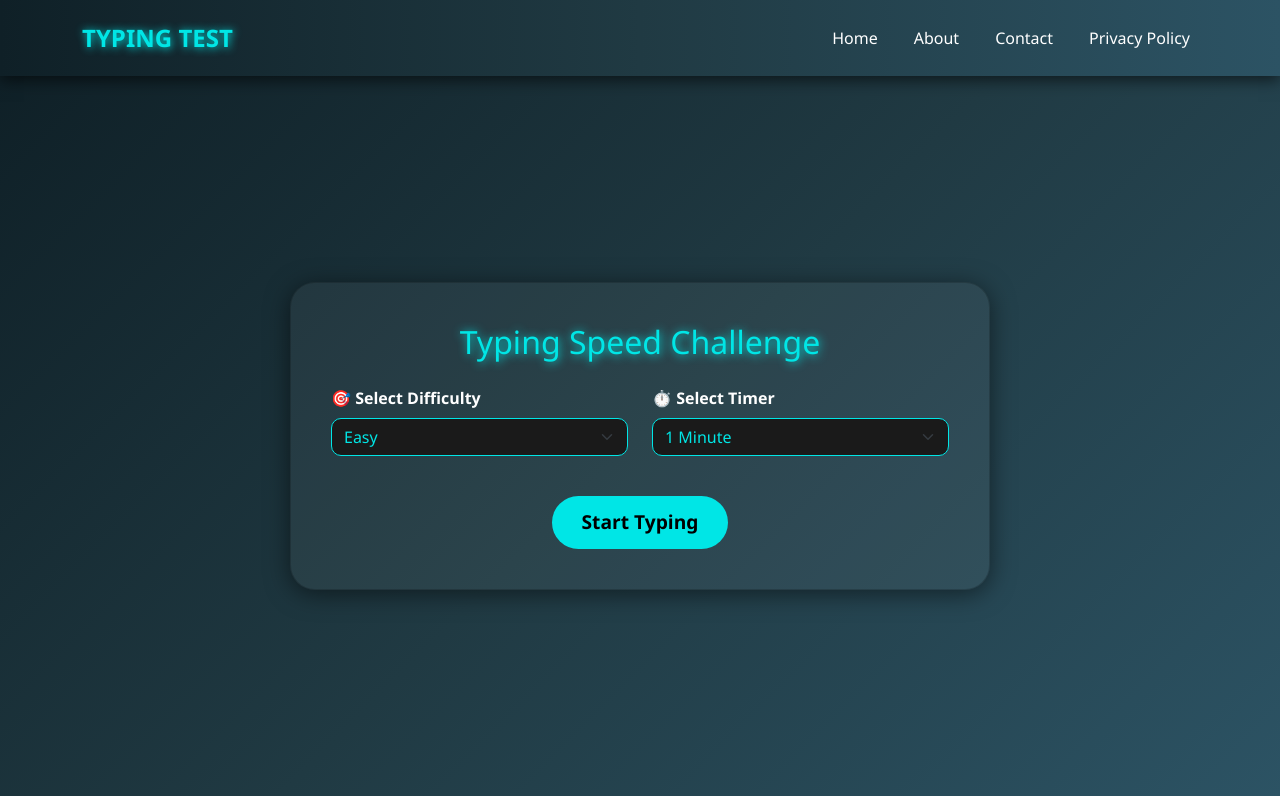
Repository: SHAHZADcodr/typing-test-react
Page: /
These files come from the project's save history. The page is drawn as it stood at one moment and after the next save; the edit follows.
The browser window is 1280 px wide. The pictures show the whole page.
The project was rebuilt for these pictures with package versions that can differ from the ones it lists, and the page was loaded fresh each time. Also part of the build but not shown: src/customCss/About.css, src/pages/About.jsx, src/customCss/Contact.css, src/pages/Contact.jsx, src/customCss/Game.css, src/pages/Game.jsx, src/customCss/GameOver.css, src/pages/GameOver.jsx and 2 more. Imported but missing from the stored project, and not drawn on this page: src/assets/background.mp3, src/assets/pop.mp3.

Above is the page before, as saved 2025-04-14 17:17:20.

After the next save:
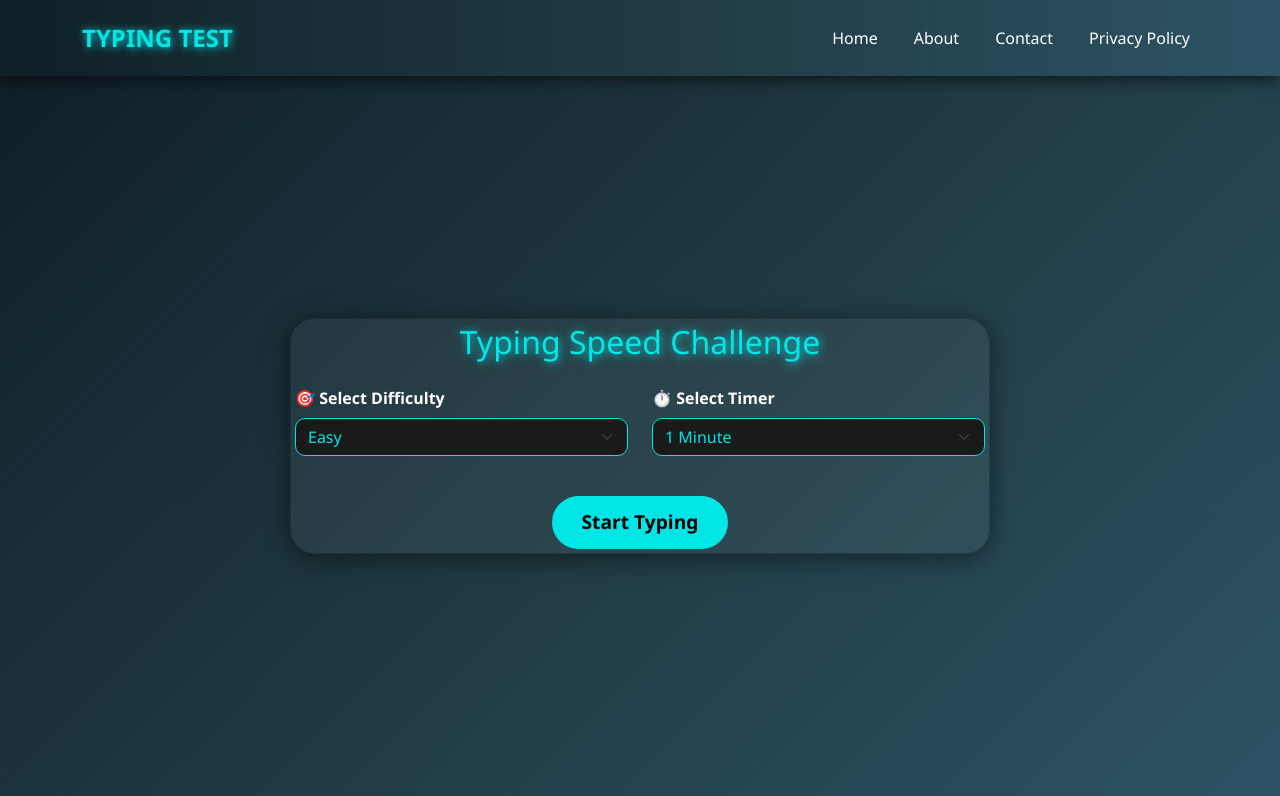
Saved 15 s later.
--- a/src/customCss/Home.css
+++ b/src/customCss/Home.css
@@ -12,7 +12,7 @@
   .home-card {
     background-color: rgba(255, 255, 255, 0.05);
     border-radius: 25px;
-    padding: 40px;
+    padding: 4px;
     box-shadow: 0 4px 25px rgba(0, 0, 0, 0.5);
     width: 100%;
     max-width: 700px;

After the save that followed:
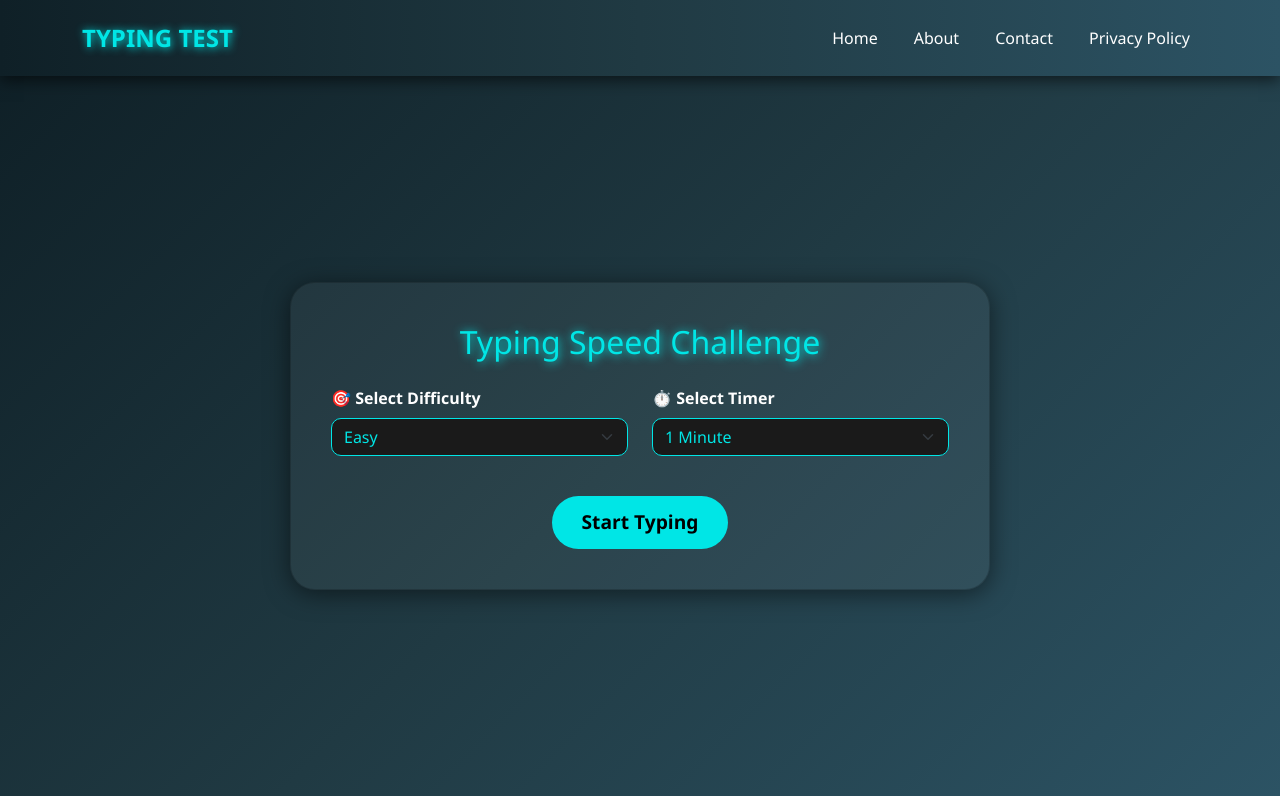
Saved 5 s later.
--- a/src/customCss/Home.css
+++ b/src/customCss/Home.css
@@ -12,7 +12,7 @@
   .home-card {
     background-color: rgba(255, 255, 255, 0.05);
     border-radius: 25px;
-    padding: 4px;
+    padding: 40px;
     box-shadow: 0 4px 25px rgba(0, 0, 0, 0.5);
     width: 100%;
     max-width: 700px;
